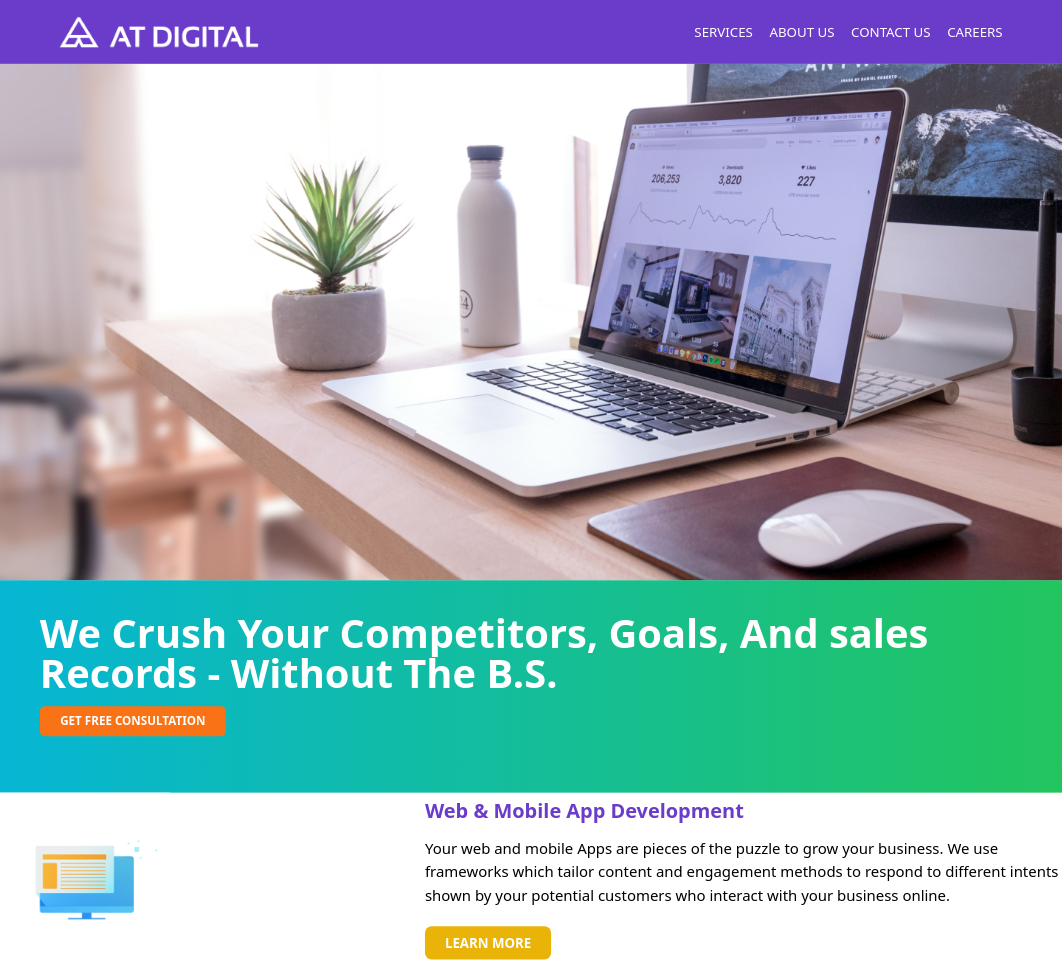
Repository: Milith97/AT-Digital-Website
Page: /
The author's editor kept a copy of each file at every save. The page is drawn from the files as they stood at one save, then again after the next save.
The browser window is 1280 px wide. The pictures show the whole page, at 83% of full size.
The project was rebuilt for these pictures with package versions that can differ from the ones it lists, and the page was loaded fresh each time. Also part of the build but not shown: vite.config.js.

Above is the page before, as saved 2024-04-06 22:20:16.

After the next save:
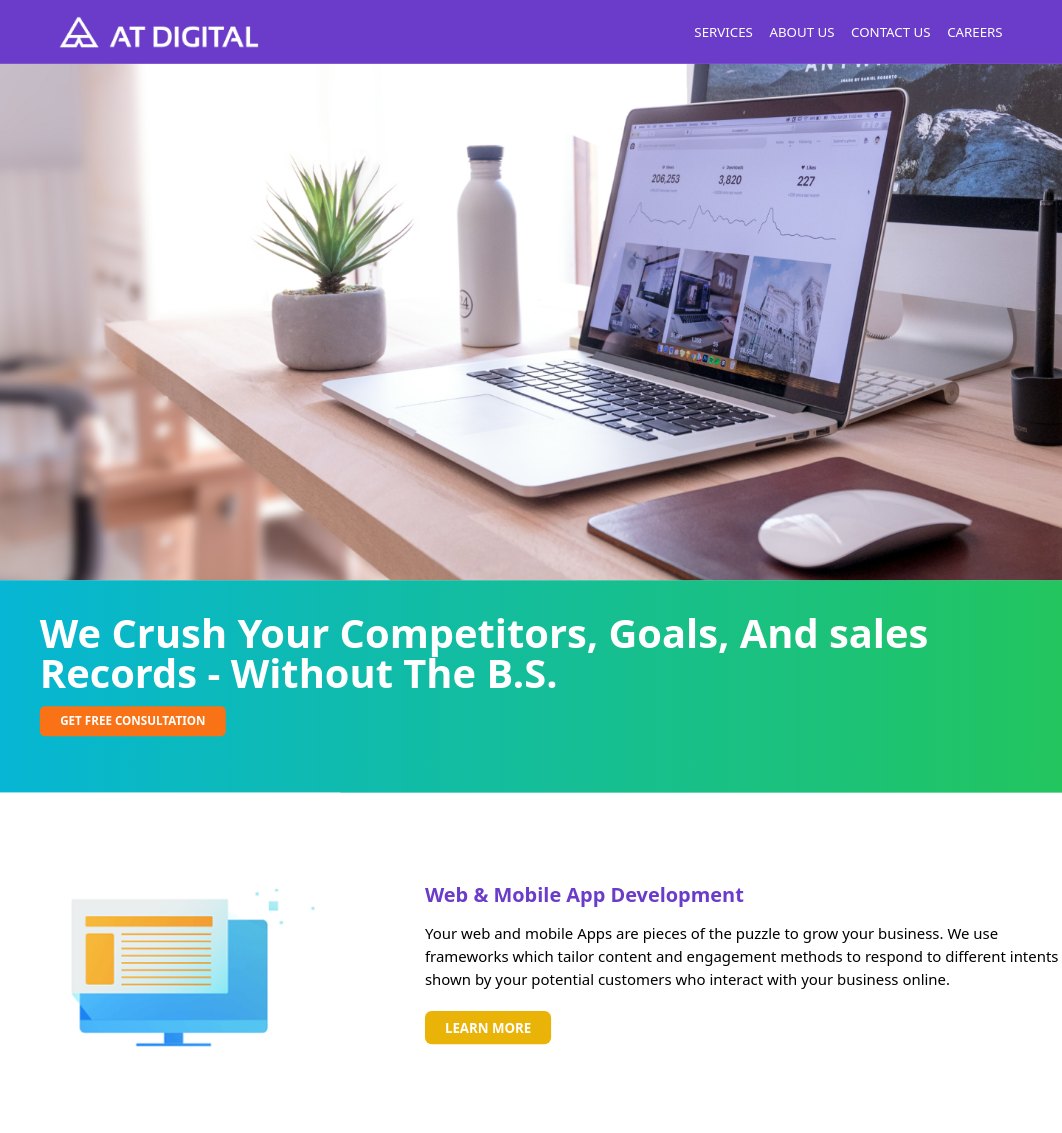
Saved 7 s later.
--- a/src/Components/Servicers.jsx
+++ b/src/Components/Servicers.jsx
@@ -4,7 +4,7 @@ const Servicers = () => {
     return (
         <div className="flex flex-col md:flex-row items-center justify-center">
             <div className=" lg:w-2/5 flex-shrink-0 mb-6 md:mb-0 mr-0 md:mr-0">
-                <img src={Service1} alt="Service Image" className="w-2/5 h-2/5 object-cover" />
+                <img src={Service1} alt="Service Image" className="w-4/5 h-2/5 object-cover" />
             </div>
 
             {/* Right Side (Content) */}
